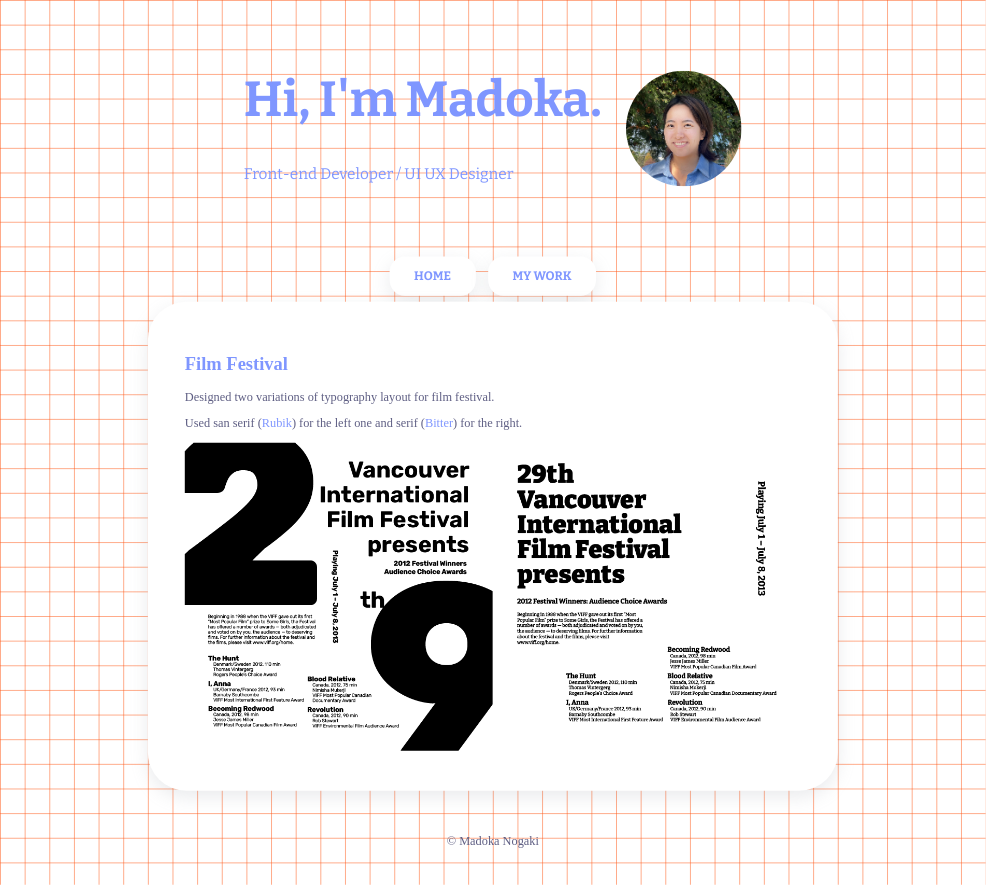
Repository: ohmaruko/portfolio
Page: /links/filmFestival
These files come from the project's save history. The page is drawn as it stood at one moment and after the next save; the edit follows.
The browser window is 1280 px wide. The pictures show the whole page, at 77% of full size.
The project was rebuilt for these pictures with package versions that can differ from the ones it lists, and the page was loaded fresh each time. The framework's server and built-in components were replaced by stand-ins that run in the browser. Also part of the build but not shown: next.config.mjs.

Above is the page before, as saved 2024-02-18 23:52:49.

### pages/links/filmFestival.js
import styles from '/styles/Home.module.css'
import Header from '@/components/Header'
import Footer from '@/components/Footer'
import { Open_Sans } from 'next/font/google'
import Image from 'next/image'
const openSans = Open_Sans ({subsets: ['latin']})
import Box from '@/components/Box'

export default function Works() {
  return (
    <>

      <head>
        <title>Madoka Nogaki Portfolio</title>
        <meta name="description" content="Portfolio page" />
        <meta name="viewport" content="width=device-width, initial-scale=1" />
        <link rel="icon" href="/favicon.png" />
      </head>

      <div className={styles.container}>
        <Header className={openSans.className}/>
        <main className={styles.film}>
            <div>
                <Box content={
                    <div>
                        <h2>Film Festival</h2>
                        <p>Designed two variations of typography layout for film festival.</p>
                        <p>Used san serif (<a href="https://fonts.google.com/specimen/Rubik" target='_blank'>Rubik</a>) for the left one
                        and serif (<a href="https://fonts.google.com/specimen/Bitter" target='_blank'>Bitter</a>) for the right.</p>
                        <div>

                        </div>
                        <Image src='/images/film1.png' alt='Hair Sunset Ad1' width={400} height={400}/>
                        <Image src='/images/film2.png' alt='Hair Sunset Ad1' width={400} height={400}/>

                    </div>
                }/>
            </div>
        </main>

        <div className={styles.outerContainer}>
          <Footer />
        </div>
      </div>

    </>
  )
}

### styles/globals.css
:root {
  --orange: #FF5714;
  --light-orange: rgba(255, 87, 20, 0.5);
  --blue: #7F96FF;
  --white: #fff;
  --light-yellow: #FFF6E5;
  --text: #5e5e83;
  color: var(--blue);
}

body {
  margin: 0;
  background-image:
    linear-gradient(to right, var(--light-orange) 1px, transparent 1px),
    linear-gradient(to bottom, var(--light-orange) 1px, transparent 1px);
  background-size: 2em 2em;
  background-color: var(--white);
}
h1 {
  font-size: 64px;
}
h2 {
  font-size: 24px;
}
h6 {
  font-size: 20px;
}
p {
  color: var(--text);
  font-size: 16px;
}
@media (max-width: 820px){
  h1 {
    font-size: 36px;
  }
  h2 {
    font-size: 20px;
  }
  h6 {
    font-size: 16px;
  }
  p {
    font-size: 14px;
  }
}

### styles/Home.module.css
.container {
  display: flex;
  flex-direction: column;
  align-items: center;
  min-height: 100vh;
  width: 100%;
}
/* .header {
  width: 70%;
} */
.outerContainer {
  display: flex;
  flex-wrap: wrap;
  width: 70%;
  justify-content: center;
  margin: 2em auto;
}
.box1 {
  width: 60%;
}
.box2 {
  width: 40%;
}
.link {
  text-decoration: none;
  color: var(--text);
  display: flex;
  align-items: center;
  gap: 1rem;
}
.logo {
  fill: var(--blue);
  padding: 5px;
  border-radius: 10px;
}
.link:hover .logo{
  background-color: var(--blue);
  fill: var(--white);
}
.skill {
  display: flex;
  gap: 1rem;
}
.footer {
  margin: 2rem;
}
.works {
  margin: 2rem;
  width: 70%;
  display: flex;
  flex-wrap: wrap;
  justify-content: center;
}
.donuts {
  width: 70%;
}
.ads {
  display: flex;
  flex-wrap: wrap;
  justify-content: center;
  gap: 1rem;
}
.logoContainer {
  display: flex;
  flex-direction: column;
}
.logoInner{
  display: flex;
  justify-content: space-evenly;
}
.film a{
  text-decoration: none;
  color: var(--blue);
}


/* mobile */
@media (max-width: 820px){
  .box1 {
    flex-basis: 100%;
  }
  .box2 {
    flex-basis: 100%;
  }
  .outerContainer {
    width: 90%;
  }
  .donuts {
    width: 90%;
  }
  .hair {
    width: 90%;
  }
  .film {
    width: 90%;
  }
  .film Image {
    width: 100px;
    height: 100px;
  }
}

### components/Header/index.js
import styles from './Header.module.css'
import Image from 'next/image'
import Link from 'next/link'
import { Bitter } from 'next/font/google'
const bitter = Bitter ({subsets: ['latin']})

export default function Header() {
    return (
        <header className={`${styles.header}, ${bitter.className}`}>
            <div className={styles.banner}>
                <div>
                    <h1>Hi, I'm Madoka.</h1>
                    <h6 style={{fontWeight: 400}}>Front-end Developer / UI UX Designer</h6>
                </div>
                <Image src="/images/profile.png" alt="profile image" width={150} height={150} className={styles.img} />
            </div>
            <div className={styles.menu}>
                <Link href='/'>HOME</Link>
                <Link href='/works'>MY WORK</Link>
            </div>
        </header>

    )
}

### components/Footer/index.js
import styles from "./Footer.module.css"

export default function Footer() {
    return (
        <>
            <p>&copy; Madoka Nogaki</p>
        </>
    )
}

### components/Box/index.js
import styles from "./Box.module.css"

export default function Box({
    title,
    content,
}) {
    return (
        <div className={styles.box} style={{}}>
            <h2 style={{color: "var(--blue)"}}>{title}</h2>
            {content}
        </div>
    )
}

### components/Header/Header.module.css
.header {
    width: 100%;
}
.banner {
    font-size: 2em;
    color: var(--blue);
    display: flex;
    justify-content: center;
    align-items: center;
    gap: 2rem;
    margin: 3rem 0;
}
.img {
    border-radius: 50%;
}
.menu {
    display: flex;
    justify-content: center;
    gap: 1rem;
}
.menu a {
    text-decoration: none;
    color: var(--blue);
    font-weight: bold;
    background-color: var(--white);
    box-shadow: rgba(149, 157, 165, 0.2) 0px 8px 24px;
    border-radius: 20px;
    padding: 1rem 2rem;
}
.menu a:hover {
    background-color: var(--blue);
    color: var(--white);
}

@media (max-width: 820px){
    .banner{
        display: flex;
        flex-direction: column;
        margin: 2rem 1rem;
        text-align: center;
        gap: 0;
    }
}

### components/Box/Box.module.css
.box {
    background-color: var(--white);
    padding: 3em;
    margin: 0.5em;
    border-radius: 50px;
    box-shadow: rgba(149, 157, 165, 0.2) 0px 8px 24px;
}

Loaded but not shown: pages/_app.js (common file); pages/_document.js (common file); components/Footer/Footer.module.css (no stored copy; drawn as an empty file)

After the next save:
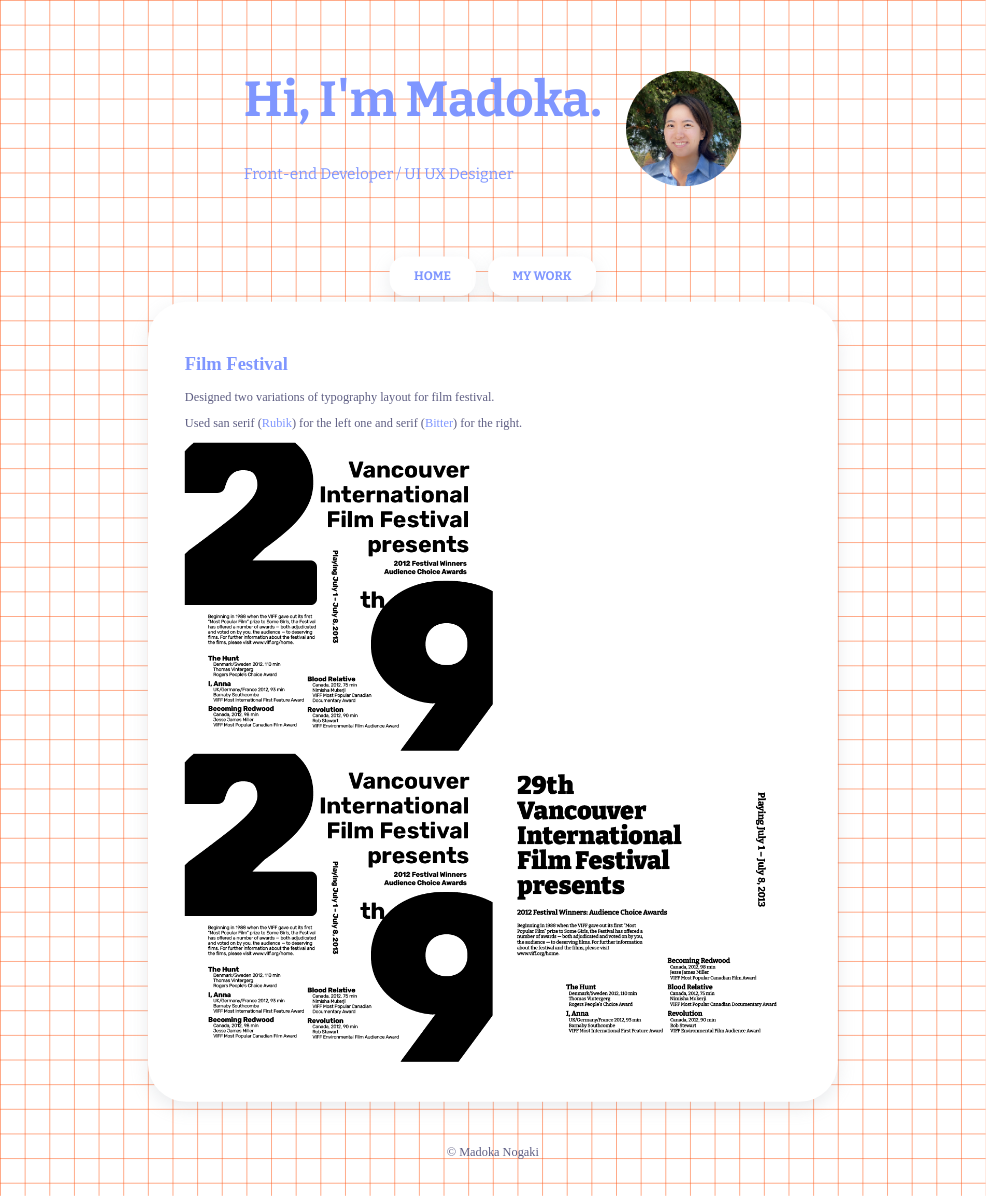
Saved 11 s later.
--- a/pages/links/filmFestival.js
+++ b/pages/links/filmFestival.js
@@ -28,7 +28,7 @@
                         <p>Used san serif (<a href="https://fonts.google.com/specimen/Rubik" target='_blank'>Rubik</a>) for the left one
                         and serif (<a href="https://fonts.google.com/specimen/Bitter" target='_blank'>Bitter</a>) for the right.</p>
                         <div>
-
+                        <Image src='/images/film1.png' alt='Hair Sunset Ad1' width={400} height={400}/>
                         </div>
                         <Image src='/images/film1.png' alt='Hair Sunset Ad1' width={400} height={400}/>
                         <Image src='/images/film2.png' alt='Hair Sunset Ad1' width={400} height={400}/>
